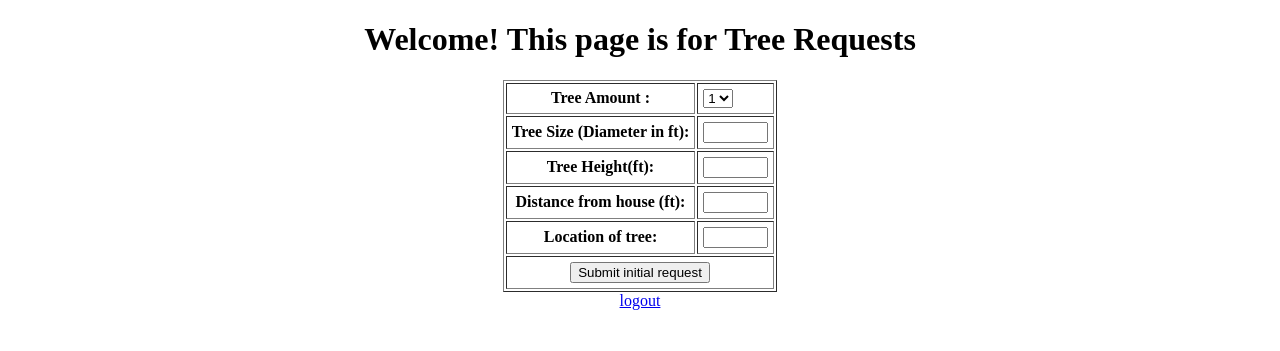
Repository: jrule5960/Tree-Cutting-Database
Page: http://localhost/database/processTreeRequest.jsp
The author's editor kept a copy of each file at every save. The page is drawn from the files as they stood at one save, then again after the next save.
The browser window is 1280 px wide. The pictures show the whole page.
The page is served by Tomcat 9.

Above is the page before, as saved 2023-11-06 22:29:21.

After the next save:
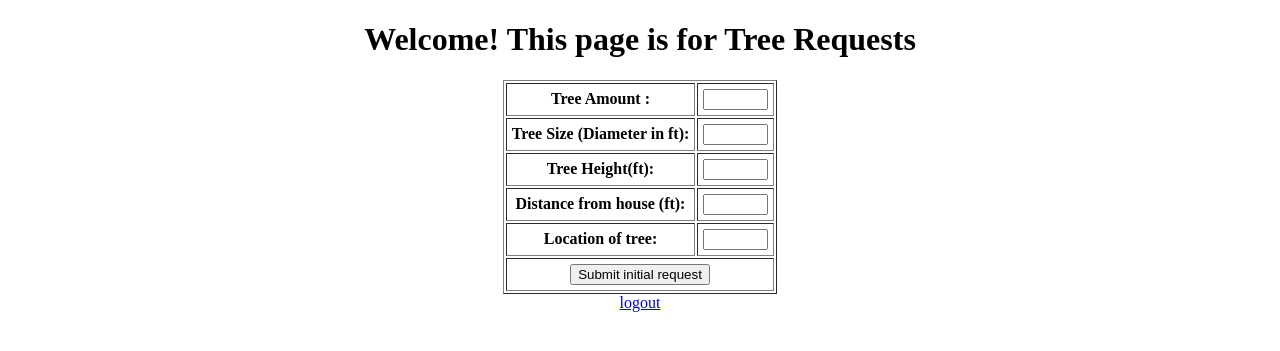
Saved 86 s later.
--- a/database/WebContent/processTreeRequest.jsp
+++ b/database/WebContent/processTreeRequest.jsp
@@ -22,12 +22,8 @@
 		<table border="1" cellpadding="5">
 		<tr>
 			<th> Tree Amount : </th>
-			<td>
-			<select name= "tree_num">
-				<option value ="1"> 1  </option>
-				<option value ="2"> 2  </option>
-				<option value ="3"> 3  </option>
-			</select>
+			<td align="center" colspan="8">
+			<input type = "text" name = "tree_num" size = "5">
 			</td>
 		</tr>
 
